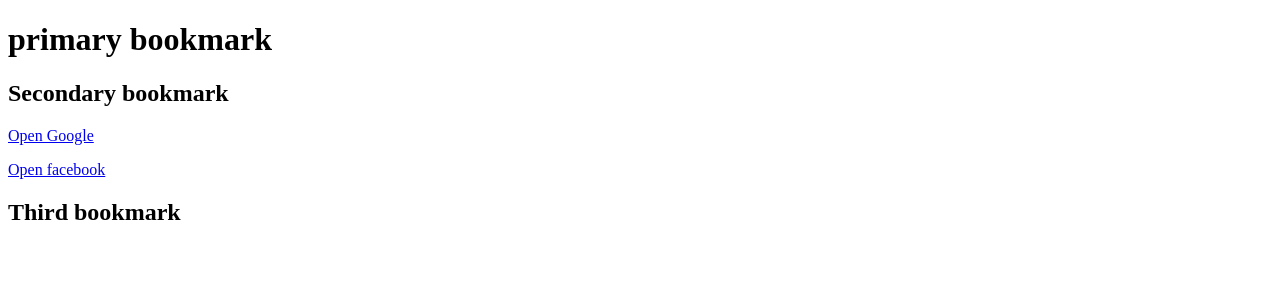
Repository: Mohan2347/Project-2
Page: 3.html
An editor plug-in stored every save of this project. The page is shown before and after the next save, followed by the edit.
The browser window is 1280 px wide. The pictures show the whole page.

Above is the page before, as saved 2024-11-02 23:08:47.

After the next save:
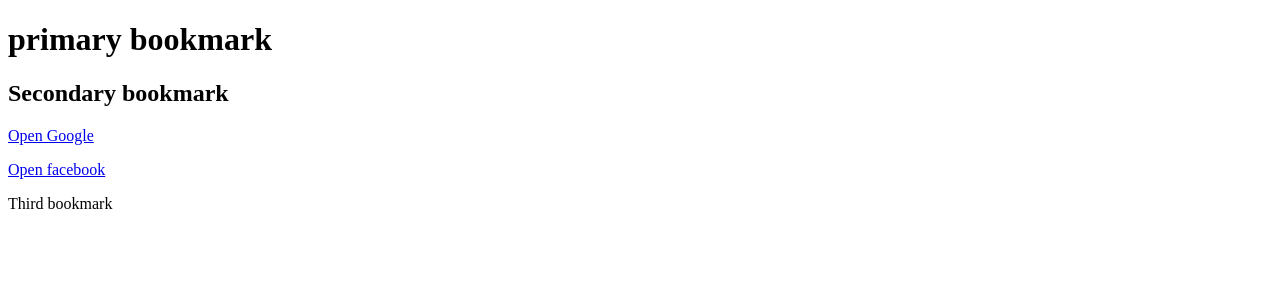
Saved 9 s later.
--- a/3.html
+++ b/3.html
@@ -10,7 +10,7 @@
     <h2>Secondary bookmark</h2>
     <p><a target="_blank" href="https://www.google.com">Open Google</a></p>
     <p><a target = "_blank" href="https://facebook.com">Open facebook</a></p>
-
+    <p
     <h2>Third bookmark</h2>
 </body>
 </html>

After the save that followed:
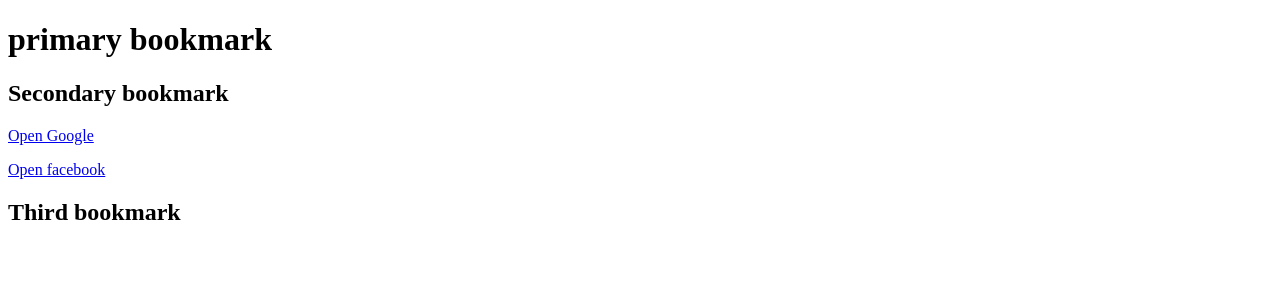
Saved 5 s later.
--- a/3.html
+++ b/3.html
@@ -10,7 +10,7 @@
     <h2>Secondary bookmark</h2>
     <p><a target="_blank" href="https://www.google.com">Open Google</a></p>
     <p><a target = "_blank" href="https://facebook.com">Open facebook</a></p>
-    <p
+    <p></p>
     <h2>Third bookmark</h2>
 </body>
 </html>
